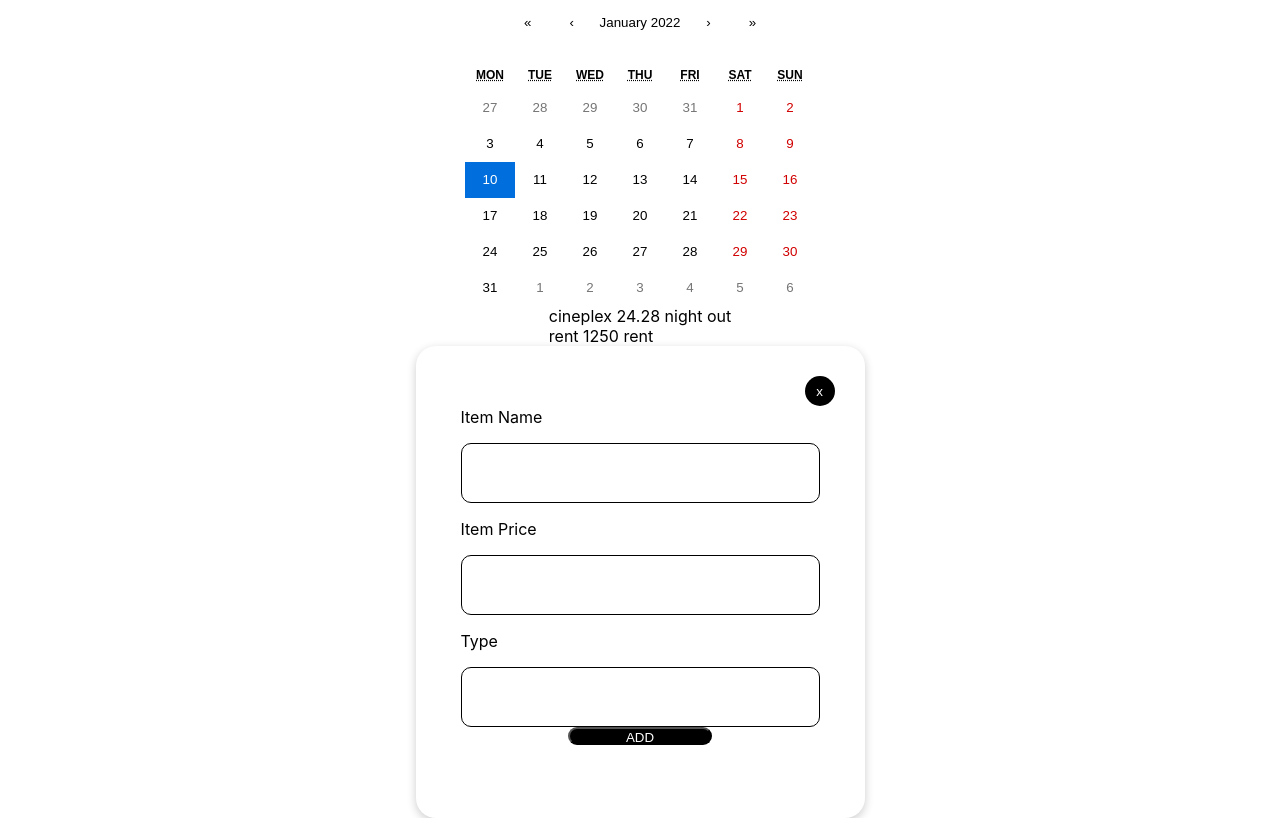
Repository: julianm09/expense-tracker
Page: /
These files come from the project's save history. The page is drawn as it stood at one moment and after the next save; the edit follows.
The browser window is 1280 px wide. The pictures show the whole page.
The project was rebuilt for these pictures with package versions that can differ from the ones it lists, and the page was loaded fresh each time. The framework's server and built-in components were replaced by stand-ins that run in the browser. Also part of the build but not shown: next.config.js.

Above is the page before, as saved 2022-01-10 15:08:19.

After the next save:
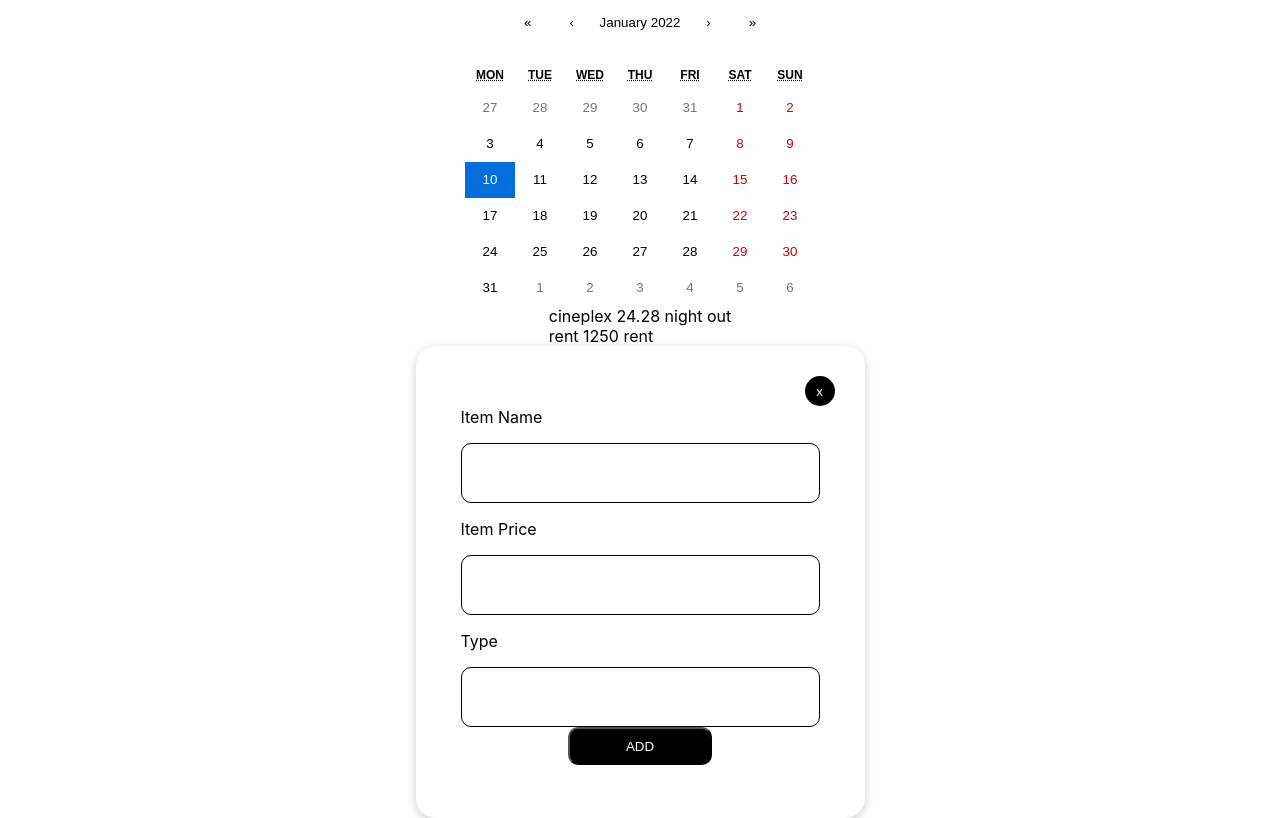
Saved 4 s later.
--- a/comps/popup.js
+++ b/comps/popup.js
@@ -54,7 +54,7 @@ const BottomDiv = styled.div`
 `;
 const AddButton = styled.button`
   width: 144px;
-  height: 18px;
+  height: 38px;
   background-color: #000;
   color: #fff;
   border-radius: 10px;
